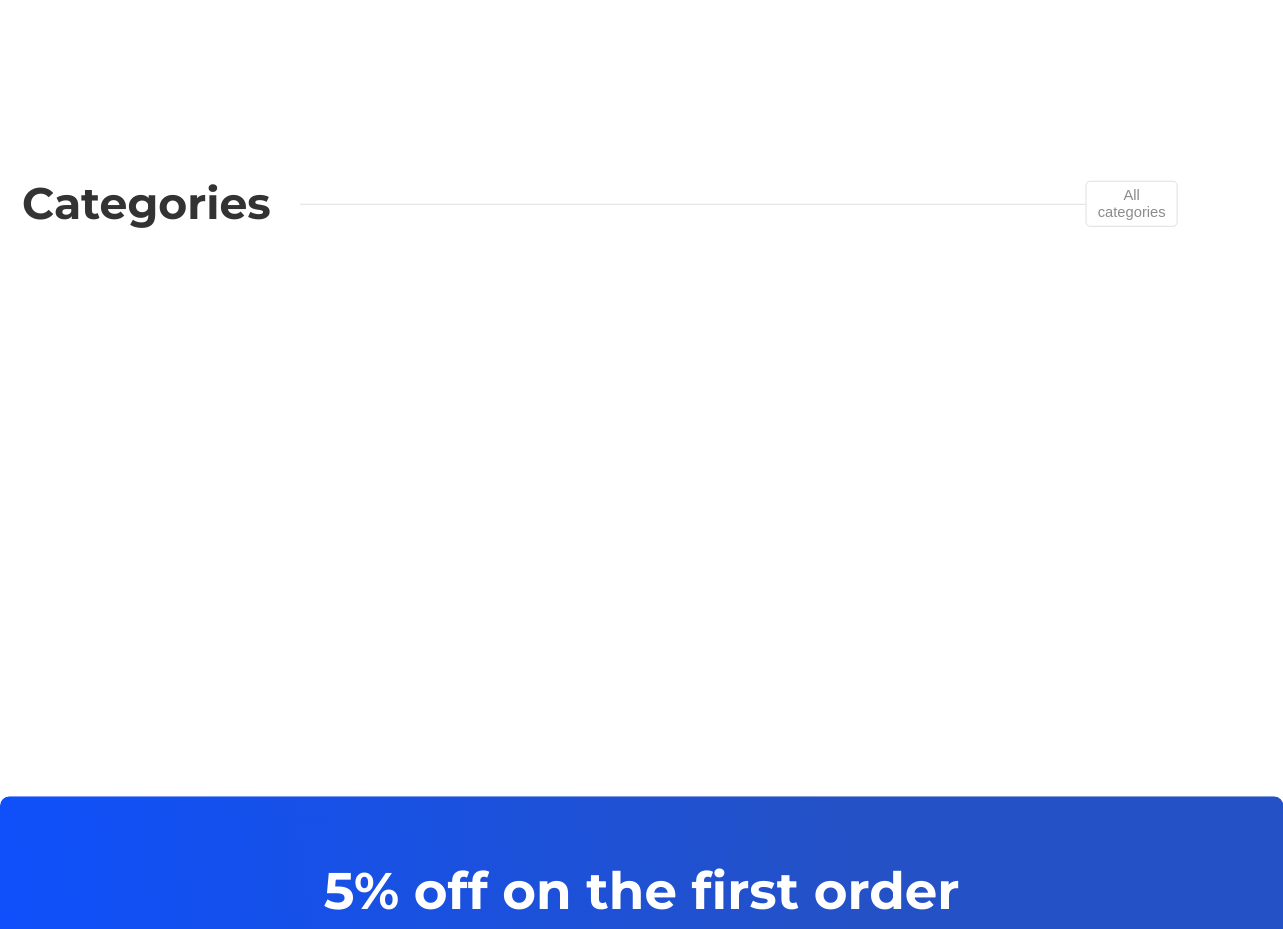
Repository: jursylian/PET-INTERNET-SHOP-PROJECT
Page: /
The author's editor kept a copy of each file at every save. The page is drawn from the files as they stood at one save, then again after the next save.
The browser window is 1280 px wide. The page is 1395 px wide, so the pictures cover 1395 px, including what lies to the right of the window. The pictures show the part of the page from y = 768 to 1778 px (the page is 4026 px tall before and 3986 px after), at 92% of full size.
Pictures or frames that could not be fetched are drawn as grey boxes. The page's requests for data from a server got no answer. The project was rebuilt for these pictures with package versions that can differ from the ones it lists, and the page was loaded fresh each time. No one was signed in, and anything a server would have sent is missing. Also part of the build but not shown: vite.config.js, src/pages/CategoriesAll/CategoriesAll.module.css, src/layouts/PageSection/PageSection.module.css, src/layouts/PageSection/PageSection.jsx, src/pages/CategoriesAll/CategoriesAll.jsx, src/pages/AllProducts/AllProducts.module.css, src/redux/productsSelectors.js, src/components/ProductFilter/ProductFilter.module.css and 22 more.

Above is the page before, as saved 2025-11-06 12:46:12.

### index.html
<!DOCTYPE html>
<html lang="en">
  <head>
    <meta charset="UTF-8" />
    <link rel="icon" type="image/svg+xml" href="/vite.svg" />
    <link
      href="https://fonts.googleapis.com/css2?family=Montserrat:wght@400;500;700&display=swap"
      rel="stylesheet"
    />

    <meta name="viewport" content="width=device-width, initial-scale=1.0" />
    <title>pet-internet-shop-project</title>
  </head>
  <body>
    <div id="root"></div>
    <script type="module" src="/src/main.jsx"></script>
  </body>
</html>

### src/main.jsx
import React from "react";
import ReactDOM from "react-dom/client";
import App from "./App";
import { Provider } from "react-redux";
import store from "./redux/store";
import { BrowserRouter } from "react-router-dom";
import "./index.css";

ReactDOM.createRoot(document.getElementById("root")).render(
  <BrowserRouter>
    <Provider store={store}>
      <App />
    </Provider>
  </BrowserRouter>
);

### src/App.jsx
import "./App.css";
import AppRouter from "./router/AppRouter";

function App() {
  return (
    <>
      <AppRouter />
    </>
  );
}

export default App;

### src/index.css
* {
  margin: 0;
  padding: 0;
  box-sizing: border-box;
}

body {
  font-family: "Montserrat";
  font-size: 16px;
  line-height: 1.5;
  color: #333;
}

.text-decoration-none {
  text-decoration: none;
}

### src/router/AppRouter.jsx
import { Routes, Route } from "react-router-dom";
import MainLayout from "../layouts/MainLayout/MainLayout";

import Home from "../pages/Home/Home";
import CategoriesAll from "../pages/CategoriesAll/CategoriesAll";
import AllProducts from "../pages/AllProducts/AllProducts";
import ProductDescription from "../pages/ProductDescription/ProductDescription";
import Cart from "../pages/Cart/Cart";
import NotFound from "../pages/NotFound/NotFound";
import AllSales from "../pages/AllSales/AllSales";
import CategoryPage from "../pages/CategoryPage/CategoryPage";

function AppRouter() {
  return (
    <Routes>
      <Route element={<MainLayout />}>
        <Route path="/" element={<Home />} />
        <Route path="/categories" element={<CategoriesAll />} />
        <Route path="/categories/:categoryId" element={<CategoryPage />} />
        <Route path="/discounts" element={<AllSales />} />
        <Route path="/products" element={<AllProducts />} />
        <Route path="/product/:productId" element={<ProductDescription />} />
        <Route path="/cart" element={<Cart />} />
        <Route path="*" element={<NotFound />} />
      </Route>
    </Routes>
  );
}

export default AppRouter;

### src/layouts/MainLayout/MainLayout.jsx
import { Outlet } from "react-router-dom";
import Header from "../Header/Header";
import Footer from "../Footer/Footer";

export default function MainLayout() {
  return (
    <>
      <Header />
      <main className="container mx-auto p-4 min-h-[80vh]">
        <Outlet />
      </main>
      <Footer />
    </>
  );
}

### src/pages/Home/Home.jsx
import Categories from "../Categories/Categories";
import PromoBanner from "../../components/PromoBanner/PromoBanner";
import DiscountForm from "../../components/DiscountForm/DiscountForm";
import Sales from "../../components/Sales/Sales";
import styles from "./Home.module.css";

function Home() {
  return (
    <main className={styles.wrapper}>
      <PromoBanner />
      <Categories />
      <DiscountForm />
      <Sales />
    </main>
  );
}

export default Home;

### src/layouts/Header/Header.jsx
import { Link, NavLink, useLocation } from "react-router-dom";
import { useSelector } from "react-redux";
import styles from "./Header.module.css";
import logo from "../../assets/logo.svg";
import cartIcon from "../../assets/cart-icon.svg";

function Header() {
  const items = useSelector((state) => state.cart.items);
  const totalQuantity = items.reduce((sum, item) => sum + item.quantity, 0);
  const location = useLocation();

  const isHome = location.pathname === "/";

  return (
    <header className={`${styles.header} ${!isHome ? styles.withDivider : ""}`}>
      <div className={styles.left}>
        <Link to="/" className={styles.logo}>
          <img src={logo} alt="Логотип" />
        </Link>
      </div>

      <nav className={styles.nav}>
        {isHome ? (
          <span className={styles.inactive}>Main Page</span>
        ) : (
          <NavLink to="/" end>
            Main Page
          </NavLink>
        )}
        <NavLink to="/categories">Categories</NavLink>
        <NavLink to="/products">All Products</NavLink>
        <NavLink to="/discounts">All Sales</NavLink>
      </nav>

      <div className={styles.right}>
        <Link to="/cart" className={styles.cart}>
          <img src={cartIcon} alt="Корзина" />
          {totalQuantity > 0 && (
            <span className={styles.count}>{totalQuantity}</span>
          )}
        </Link>
      </div>
    </header>
  );
}

export default Header;

### src/layouts/Footer/Footer.jsx
import styles from "./Footer.module.css";
import chatIcon from "../../assets/ic-instagram.svg";
import phoneIcon from "../../assets/ic-whatsapp.svg";

export default function Footer() {
  return (
    <footer className={styles.footer}>
      <h3 className={styles.contact}>Contact</h3>
      <div className={styles.info}>
        <div className={styles.container}>
          <div className={styles.card}>
            <p className={styles.text}>Phone</p>
            <p className={styles.textInfo}>+49 30 915-88492</p>
          </div>
          <div className={styles.icons}>
            <p className={styles.text}>Socials</p>
            <div className={styles.socialsMedien}>
              <img src={chatIcon} alt="Chat" />
              <img src={phoneIcon} alt="Phone" />
            </div>
          </div>
        </div>

        <div className={styles.container}>
          <div className={styles.card}>
            <p className={styles.text}>Address</p>
            <p className={styles.textInfo}>
              Wallstraẞe 9-13, 10179 Berlin, Deutschland
            </p>
          </div>
          <div className={styles.icons}>
            <p className={styles.text}>Working Hours</p>
            <p className={styles.textInfo}>24 hours a day</p>
          </div>
        </div>
      </div>
      <div className={styles.map}>
        <iframe
          className={styles.iframe}
          src="https://www.google.com/maps/embed?pb=!1m18!1m12!1m3!1d3642.428115488763!2d13.40018838277564!3d52.5113162995337!2m3!1f0!2f0!3f0!3m2!1i1024!2i768!4f13.1!3m3!1m2!1s0x47a84e27db4748a5%3A0x1d538c01013c2c7!2sWallstra%C3%9Fe%209-13%2C%2010179%20Berlin!5e0!3m2!1suk!2sde!4v1760550313224!5m2!1suk!2sde"
          width="600"
          height="450"
          style={{ border: 0 }}
          allowFullScreen=""
          loading="lazy"
          referrerPolicy="no-referrer-when-downgrade"
        ></iframe>
      </div>
    </footer>
  );
}

### src/pages/Categories/Categories.jsx
import { useNavigate } from "react-router-dom";
import { useEffect, useState } from "react";
import axios from "axios";
import styles from "./Categories.module.css";
const Categories = () => {
  const navigate = useNavigate();
  const [categories, setCategories] = useState([]);
  useEffect(() => {
    axios
      .get(`http://localhost:3333/categories/all`)
      .then((res) => {
        const data = res.data;
        const firstFour = data.length >= 4 ? data.slice(0, 4) : data;
        setCategories(firstFour);
      })
      .catch((err) => {
        console.error("Ошибка загрузки категорий:", err);
      });
  }, []);
  return (
    <div>
      <section className={styles.categories}>
        <div className={styles.titleCategories}>
          <h2 className={styles.sectionTitle}>Categories</h2>
          <div className={styles.line}></div>
          <button
            onClick={() => navigate("/categories")}
            className={styles.categoriBottom}
          >
            All categories{" "}
          </button>
        </div>

        <div className={styles.categoriesImage}>
          {categories.map(({ id, title, image }) => (
            <div
              key={id}
              className={styles.card}
              onClick={() => navigate(`/categories/${id}`)}
            >
              <img
                src={`http://localhost:3333${image}`}
                alt={title}
                className={styles.cardImage}
              />
              <p className={styles.cardLabel}>{title}</p>
            </div>
          ))}
        </div>
      </section>
    </div>
  );
};

export default Categories;

### src/components/PromoBanner/PromoBanner.jsx
import { Link } from "react-router-dom";
import styles from "./PromoBanner.module.css";
import bannerImage from "../../assets/background.png";

function PromoBanner() {
  return (
    <section className={styles.hero}>
      <img src={bannerImage} alt="Баннер" className={styles.image} />

      <div className={styles.content}>
        <h1>
          Amazing Discounts <br />
          on Pets Products!
        </h1>

        <Link to="/discounts" className={styles.button}>
          Check out
        </Link>
      </div>
    </section>
  );
}

export default PromoBanner;

### src/pages/Home/Home.module.css
/* Home.module.css */
.wrapper {
  display: flex;
  flex-direction: column;
  gap: 80px;
  padding: 40px 0;
}

.section {
  display: flex;
  flex-direction: column;
  gap: 24px;
}

.title {
  font-size: 28px;
  font-weight: 600;
}

.grid {
  display: grid;
  grid-template-columns: repeat(auto-fill, minmax(220px, 1fr));
  gap: 24px;
}

.message {
  font-size: 16px;
  color: #555;
}

### src/layouts/Header/Header.module.css
.header {
  display: flex;
  align-items: center;
  justify-content: space-between;
  padding: 40px 80px; /* вместо 25px */
  height: 128px; /* фиксируем высоту */
  width: 100%;
  position: relative;
  background-color: #fff;
  z-index: 10;
}

.withDivider {
  border-bottom: 1px solid #e5e5e5;
}

.left,
.right {
  flex: 1;
  display: flex;
  align-items: center;
}

.left {
  justify-content: flex-start;
}

.right {
  justify-content: flex-end;
}

.logo img {
  height: 70px;
  display: block;
  transition: transform 0.3s ease;
}

.logo img:hover {
  transform: scale(1.07);
}

.nav {
  flex: 2;
  display: flex;
  justify-content: center;
  align-items: center;
  gap: 44px;
}

.nav a {
  text-decoration: none;
  color: #282828;
  font-weight: 500;
  font-size: 20px;
  transition: color 0.2s ease;
}

.nav a:hover {
  color: #007bff;
}

.active {
  color: #007bff;
  font-weight: 600;
}

.inactive {
  color: #8b8b8b;
  font-weight: 500;
  font-size: 20px;
  cursor: default;
  text-decoration: none;
}

.cart {
  position: relative;
  display: flex;
  align-items: center;
}

.cart img {
  height: 44px;
}

.count {
  position: absolute;
  top: 4px;
  left: 26px;
  background-color: #007bff;
  color: white;
  border-radius: 50%;
  font-size: 12px;
  font-weight: bold;
  width: 22px;
  height: 22px;
  display: flex;
  align-items: center;
  justify-content: center;
}

### src/pages/Categories/Categories.module.css
.categories {
  height: auto;
  min-height: 560px;
  border-radius: 10px;

  width: 100%;
  max-width: 1360px;
  margin: 0 auto;
  padding-bottom: 10px;
  margin-top: 106px;
}
.titleCategories {
  display: flex;
  align-items: center;
  margin-bottom: 40px;
}
.line {
  width: 850px;
  height: 1px;
  background-color: #dddddd;
}

.sectionTitle {
  font-family: Montserrat;
  font-weight: 700;
  font-style: Bold;
  font-size: 64px;
  margin-right: 32px;
}
.categoriBottom {
  border: 1px solid #dddddd;
  border-radius: 5px;
  background-color: white;
  padding: 8px 16px;
  color: #8b8b8b;

  cursor: pointer;
  transition: all 0.3s ease;
}
.categoriBottom:hover {
  background-color: #7e7b7b;
  color: white;
  transform: translateY(-2px);
  box-shadow: 0 4px 8px rgba(0, 0, 0, 0.1);
}
.categoriBottom:active {
  background-color: #0d50ff;
  transform: scale(0.98);
  box-shadow: inset 0 2px 4px rgba(0, 0, 0, 0.2);
}
.categoriesImage {
  display: flex;
  flex-direction: row;
  gap: 32px;
}
.cardImage {
  width: 316px;
  height: 350px;

  opacity: 1;
  border-radius: radius big;
}
.cardLabel {
  font-family: Montserrat;
  font-weight: 500;
  font-style: Medium;
  font-size: 20px;
  color: #282828;
  margin-top: 16px;
  line-height: 130%;

  text-align: center;
}

@media (max-width: 1370px) {
  .sectionTitle {
    font-size: 48px;
    margin-left: 24px;
  }

  .line {
    width: 100%;
  }

  .categoriBottom {
    font-size: 16px;
    padding: 6px 12px;
  }

  .categoriesImage {
    flex-wrap: wrap;
    justify-content: center;
    gap: 24px;
  }
}

@media (max-width: 768px) {
  .titleCategories {
    flex-direction: column;
    align-items: center;
    gap: 16px;
  }

  .sectionTitle {
    font-size: 36px;
    margin-right: 0;
  }

  .line {
    width: 100%;
  }

  .categoriBottom {
    font-size: 14px;
    padding: 6px 10px;
  }

  .categoriesImage {
    flex-direction: column;
    align-items: center;
    gap: 20px;
  }

  .cardImage {
    width: 100%;
    max-width: 320px;
    height: auto;
  }

  .cardLabel {
    font-size: 16px;
  }
}
@media (max-width: 480px) {
  .sectionTitle {
    font-size: 24px;
  }

  .categoriBottom {
    font-size: 12px;
    padding: 4px 8px;
  }

  .cardImage {
    width: 100%;
    max-width: 280px;
  }

  .cardLabel {
    font-size: 14px;
  }
}

### src/components/PromoBanner/PromoBanner.module.css
.hero {
  position: relative;
  width: 100%;
  height: 600px;
  overflow: hidden;
}

.image {
  position: absolute;
  top: 0;
  left: 0;
  width: 100%;
  height: 100%;
  object-fit: cover;
  z-index: 1;
}

.content {
  position: relative;
  z-index: 2;
  color: #fff;
  text-align: left;
  padding-left: 80px;
  transform: translateY(70px);
}

.content h1 {
  font-size: 96px;
  font-weight: 700;
  margin-bottom: 40px;
  line-height: 1.1;
}

.button {
  background: #0d50ff;
  width: 218px;
  height: 58px;
  color: #fff;
  font-weight: 600;
  font-size: 20px;
  border: none;
  border-radius: 8px;
  cursor: pointer;
  transition: background-color 0.2s ease, transform 0.2s ease;
}

.button:hover {
  background-color: #005fa3;
  transform: translateY(-2px);
}

### src/ui/Input/Input.jsx
import styles from "./Input.module.css";

const Input = ({
  type = "text",
  name,
  placeholder,
  value,
  onChange,
  error,
}) => {
  return (
    <div className={styles.field}>
      <input
        type={type}
        name={name}
        placeholder={placeholder}
        value={value}
        onChange={onChange}
        className={`${styles.input} ${error ? styles.errorBorder : ""}`}
      />
      {error && <p className={styles.error}>{error}</p>}
    </div>
  );
};

export default Input;

### src/ui/Button/Button.jsx
import { useState } from "react";
import styles from "./Button.module.css";

const Button = ({ children, onClick, type = "button", disabled = false }) => {
  const [submitted, setSubmitted] = useState(false);

  const handleClick = async (e) => {
    if (onClick) {
      const result = await onClick(e);

      if (result === true) {
        setSubmitted(true);
        setTimeout(() => setSubmitted(false), 3000);
      }
    }
  };

  return (
    <button
      type={type}
      onClick={handleClick}
      className={`${styles.button} ${submitted ? styles.submitted : ""}`}
      disabled={disabled || submitted}
    >
      {submitted ? "Request submitted" : children}
    </button>
  );
};

export default Button;

### src/components/DiscountForm/DiscountForm.module.css
.wrapper {
  min-width: 1395px;
  margin: 40px auto;
  border-radius: 10px;
  overflow: hidden;
}

.discountSection {
  position: relative;
  background: linear-gradient(261.47deg, #2451c6 32.63%, #0d50ff 98.96%);
  border-radius: 10px;
  padding: 60px 80px 0;
  display: flex;
  flex-direction: column;
  justify-content: space-between;
  min-height: 400px;
  overflow: hidden;
}

/* Заголовок */
.title {
  color: #ffffff;
  font-weight: 700;
  font-size: 56px;
  text-align: center;
  margin-bottom: 20px;
}

/* Контент */
.content {
  display: flex;
  justify-content: space-between;
  align-items: flex-end;
  position: relative;
}

/* Левая часть — картинка */
.imageWrap {
  flex: 0 0 50%;
  display: flex;
  align-items: flex-end;
  justify-content: flex-start;
  position: relative;
}

.animals {
  width: 100%;
  height: auto;
  object-fit: contain;
  margin-bottom: -5px; /* прижимает животных к низу */
}

/* Правая часть — форма */
.form {
  flex: 0 0 45%; /* форма шире */
  display: flex;
  flex-direction: column;
  gap: 16px;
  align-items: flex-start;
  justify-content: flex-end;
  padding-bottom: 60px;
}

/* Адаптив */
@media (max-width: 1024px) {
  .discountSection {
    padding: 40px 20px;
  }

  .title {
    font-size: 42px;
  }

  .content {
    flex-direction: column;
    align-items: center;
    gap: 24px;
  }

  .form {
    width: 100%;
    max-width: 360px;
    padding-bottom: 20px;
  }

  .imageWrap {
    justify-content: center;
  }
}

@media (max-width: 600px) {
  .title {
    font-size: 32px;
  }
}

### src/ui/Input/Input.module.css
.field {
  width: 100%;
  display: flex;
  flex-direction: column;
}

.input {
  padding: 16px 32px;
  width: 100%;
  height: 58px;
  border-radius: 5px;
  border: 1px solid #ffffff;
  background-color: #2451c6;
  color: #ffffff;
  font-size: 18px;
  font-family: Montserrat;
}

.input::placeholder {
  color: white;
  opacity: 0.9;
  font-size: 16px;
}

.error {
  font-size: 14px;
  color: #ffcccc;
  margin-top: 4px;
}

.errorBorder {
  border-color: #ff5555;
}

### src/ui/Button/Button.module.css
.button {
  padding: 16px 32px;
  width: 100%;
  height: 58px;
  font-family: Montserrat, sans-serif;
  font-weight: 600;
  font-size: 20px;
  border: none;
  border-radius: 5px;
  cursor: pointer;
  background-color: #fff;
  color: #282828;
  transition: all 0.3s ease;
}

/* при наведении */
.button:hover {
  background-color: #282828;
  color: #fff;
}

/* активное состояние (после отправки) */
.button.submitted {
  background-color: #fff;
  color: #0d50ff;
  border: 2px solid #0d50ff;
  cursor: default;
  transition: all 0.3s ease;
}

/* убираем hover для состояния submitted */
.button.submitted:hover {
  background-color: #fff;
  color: #0d50ff;
}

Loaded but not shown: src/redux/productSlice.js (51 lines, source omitted); src/redux/cartSlice.js (38 lines, source omitted); src/redux/store.js (12 lines, source omitted); src/components/DiscountForm/DiscountForm.jsx (91 lines, source omitted); src/components/Sales/Sales.jsx (89 lines, source omitted); src/components/Sales/Sales.module.css (156 lines, source omitted); src/layouts/Footer/Footer.module.css (155 lines, source omitted); src/App.css (no stored copy; drawn as an empty file)

After the next save:
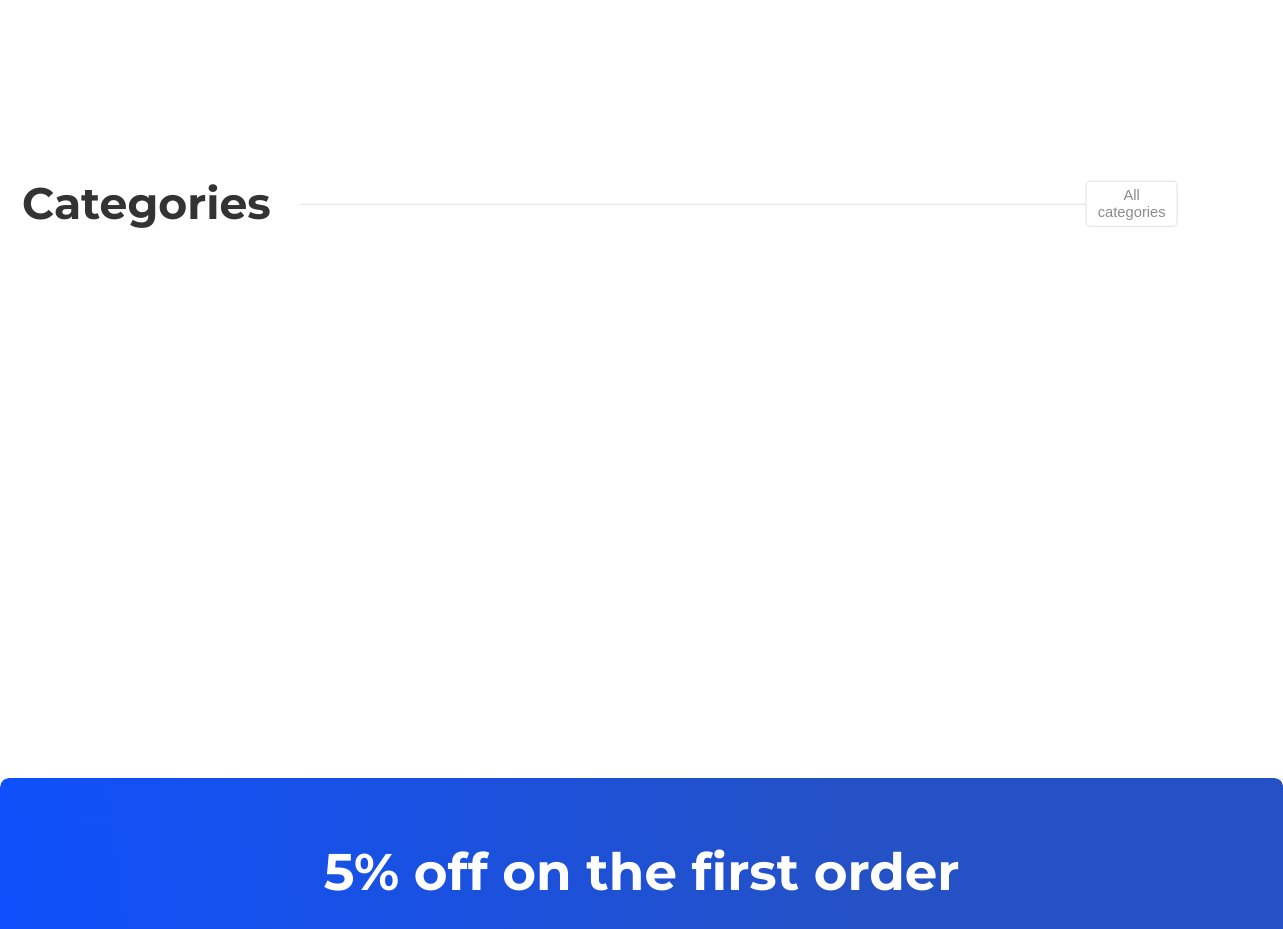
Saved 19 s later.
--- a/src/components/DiscountForm/DiscountForm.module.css
+++ b/src/components/DiscountForm/DiscountForm.module.css
@@ -1,6 +1,6 @@
 .wrapper {
   min-width: 1395px;
-  margin: 40px auto;
+  margin: 20px auto;
   border-radius: 10px;
   overflow: hidden;
 }

After the save that followed:
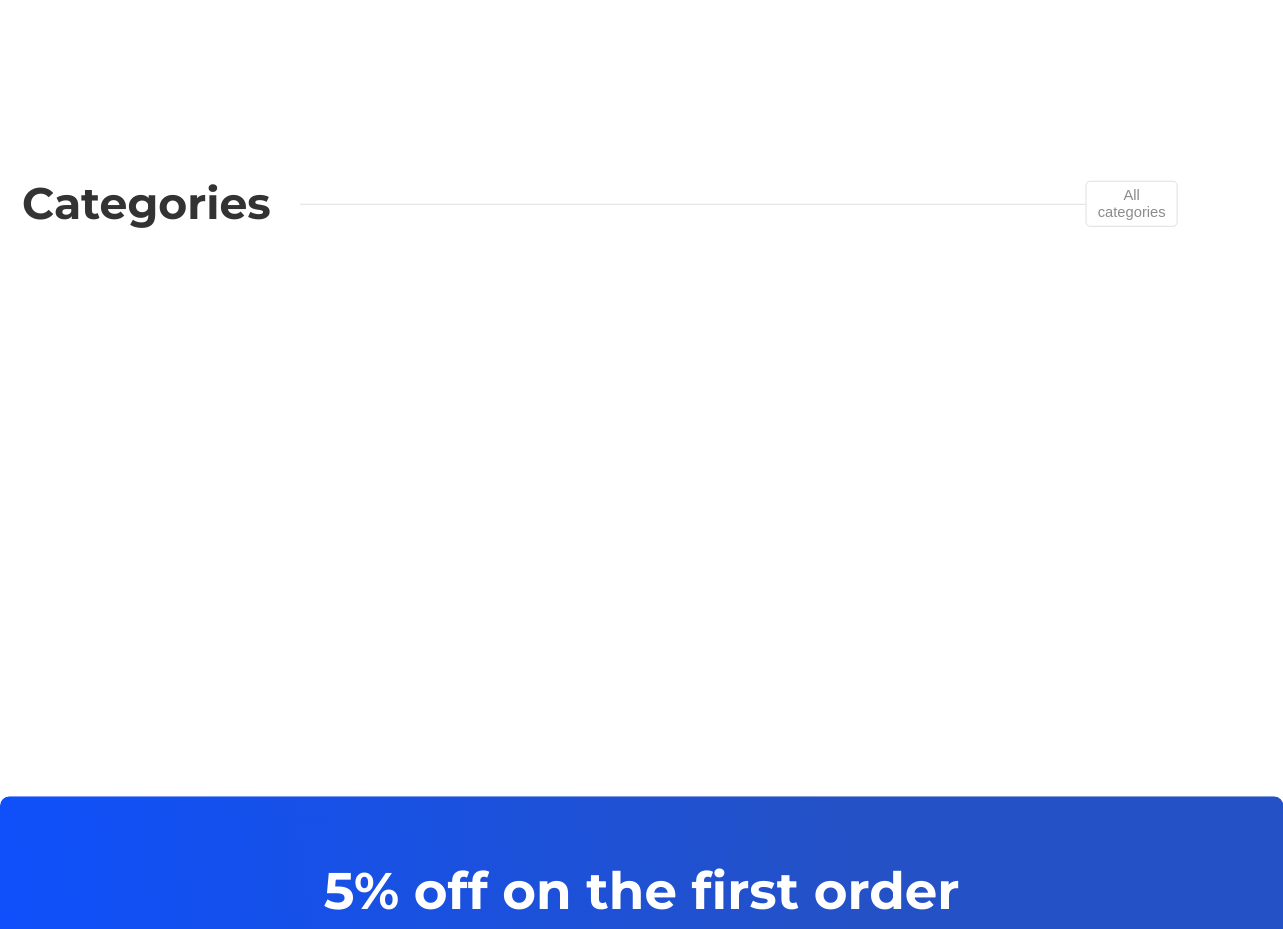
Saved 42 s later.
--- a/src/components/DiscountForm/DiscountForm.module.css
+++ b/src/components/DiscountForm/DiscountForm.module.css
@@ -1,6 +1,6 @@
 .wrapper {
   min-width: 1395px;
-  margin: 20px auto;
+  margin: 40px auto;
   border-radius: 10px;
   overflow: hidden;
 }
